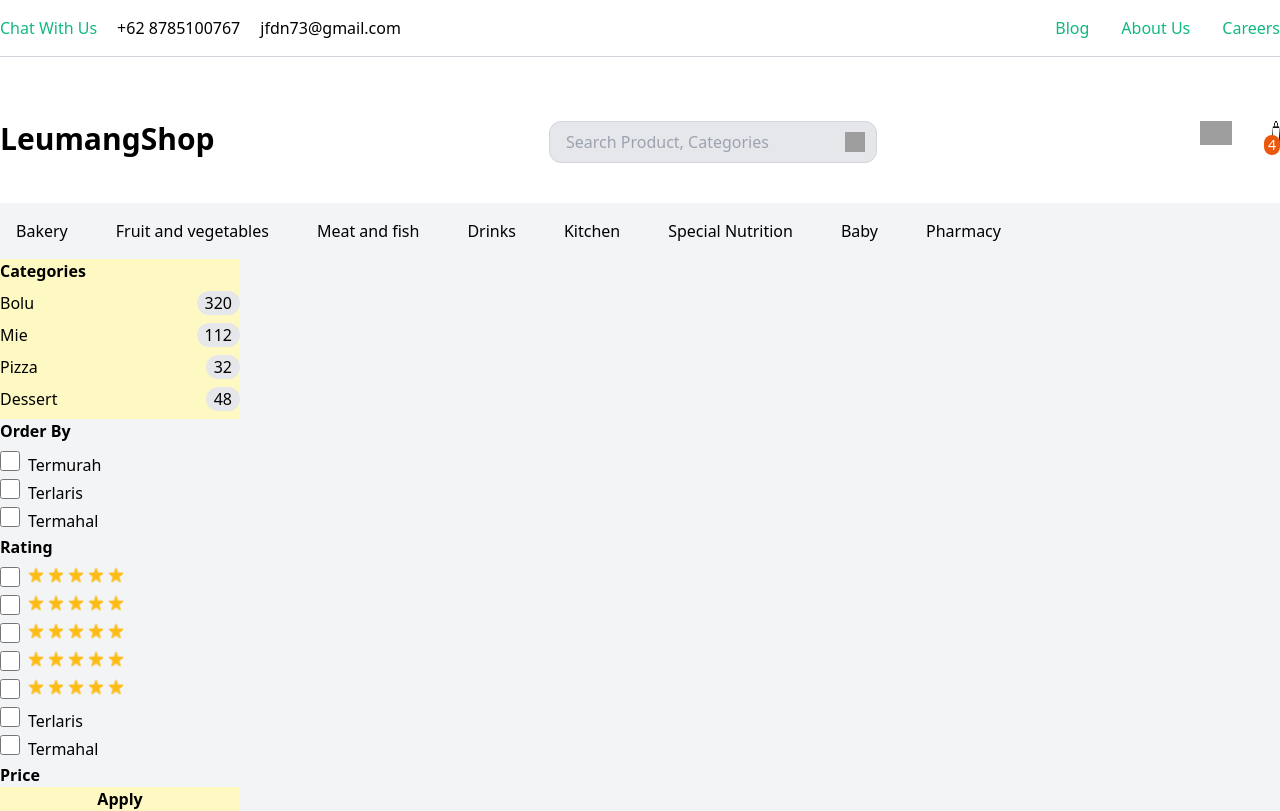
Repository: jafetdn73/ecommerce-tailwind
Page: /
An editor plug-in stored every save of this project. The page is shown before and after a run of saves, followed by the edit.
The browser window is 1280 px wide. The pictures show the whole page.
Pictures or frames that could not be fetched are drawn as grey boxes. The project was rebuilt for these pictures with package versions that can differ from the ones it lists, and the page was loaded fresh each time. Also part of the build but not shown: src/App.css.

Above is the page before, as saved 2022-03-14 01:20:20.

### src/App.js
import "./App.css";

function App() {
  return (
    <div className="bg-white container mx-auto">
      <div className="flex justify-between py-4 border-b border-gray-300">
        <div className="flex gap-5">
          <a href="http://google.com" className="text-emerald-500">
            Chat With Us
          </a>
          <a href="http://facebook.com">+62 8785100767</a>
          <a href="http://ggogl.com">jfdn73@gmail.com</a>
        </div>

        <div className="">
          <ul className="flex gap-8 text-emerald-500">
            <li>Blog</li>
            <li>About Us</li>
            <li>Careers</li>
          </ul>
        </div>
      </div>

      <div className="flex justify-between mt-16">
        <h1 className="text-3xl font-bold">LeumangShop</h1>
        <div className="flex w-full justify-center items-center">
          <input
            type="text"
            placeholder="Search Product, Categories"
            className="w-1/3 border border-gray-300 bg-gray-200 rounded-xl pl-4 py-2"
          />
          <img src="/images/search-icon.png" alt="search" className="w-5 h-5 -ml-8"/>
        </div>
        <div className="flex gap-10">
          <img src="/images/user-icon.png" alt="user" className="w-8 h-6"/>
          <div className="relative">
            <img src="/images/cart-icon.png" alt="icon" className="w-8 h-6"/>
            <label className="absolute bottom-2 -left-2 bg-orange-600 text-white py-0.25 px-1 rounded-full text-sm">4</label>
          </div>
        </div>
      </div>

      <div className="bg-gray-100 mt-10 py-4 pl-4 text-base font-medium">
        <ul className="flex gap-12">
          <li>Bakery</li>
          <li>Fruit and vegetables</li>
          <li>Meat and fish</li>
          <li>Drinks</li>
          <li>Kitchen</li>
          <li>Special Nutrition</li>
          <li>Baby</li>
          <li>Pharmacy</li>
        </ul>
        </div>

      {/* Container Wrapper */}
      <div className="bg-gray-100">
        {/* Side Bar Container */}
        <div className="flex flex-col w-60 bg-yellow-100" >
          {/* Categories Container */}
          <div className="flex flex-col">
            <h1 className="font-bold text-base mb-2">Categories</h1>
            <ul>
              <div className="flex justify-between">
                <li>Bolu</li><label className="mb-2 bg-gray-200 pl-2 pr-2 rounded-xl">320</label>
              </div>
              <div className="flex justify-between">
                <li>Mie</li><label className="mb-2 bg-gray-200 pl-2 pr-2 rounded-xl">112</label>
              </div>
              <div className="flex justify-between">
                <li>Pizza</li><label className="mb-2 bg-gray-200 pl-2 pr-2 rounded-xl">32</label>
              </div>
              <div className="flex justify-between">
                <li>Dessert</li><label className="mb-2 bg-gray-200 pl-2 pr-2 rounded-xl">48</label>
              </div>
            </ul>
          </div>
          {/* Order By Categories */}
          <div className="bg-gray-100 flex flex-col">
            <h1 className="font-bold mb-2">Order By</h1>
           <div>
             <input type="checkbox" className="accent-lime-700 w-5 h-5 mr-2 mb-2">
               </input>
               <span>Termurah</span>
          </div>
          <div>
            <input type="checkbox"  className="accent-lime-700 w-5 h-5 mr-2 mb-2"></input>
            <span>Terlaris</span>
          </div>
          <div>
            <input type="checkbox"  className="accent-lime-700 w-5 h-5 mr-2 mb-2"></input><label>Termahal</label>
          </div>
          </div>
          {/* Rating Container */}
          <div className="bg-gray-100 flex flex-col">
            <h1 className="font-bold mb-2">Rating</h1>
           <div  className="flex">
             <input type="checkbox" className="accent-lime-700 w-5 h-5 mr-2 mb-2">
               </input>
               <div className="flex w-4 h-4 gap-1">
                 <img src="images/rate-star.png"/>
                 <img src="images/rate-star.png"/>
                 <img src="images/rate-star.png"/>
                 <img src="images/rate-star.png"/>
                 <img src="images/rate-star.png"/>
                 </div>
          </div>
          <div  className="flex">
             <input type="checkbox" className="accent-lime-700 w-5 h-5 mr-2 mb-2">
               </input>
               <div className="flex w-4 h-4 gap-1">
                 <img src="images/rate-star.png"/>
                 <img src="images/rate-star.png"/>
                 <img src="images/rate-star.png"/>
                 <img src="images/rate-star.png"/>
                 <img src="images/rate-star.png"/>
                 </div>
          </div>
          <div  className="flex">
             <input type="checkbox" className="accent-lime-700 w-5 h-5 mr-2 mb-2">
               </input>
               <div className="flex w-4 h-4 gap-1">
                 <img src="images/rate-star.png"/>
                 <img src="images/rate-star.png"/>
                 <img src="images/rate-star.png"/>
                 <img src="images/rate-star.png"/>
                 <img src="images/rate-star.png"/>
                 </div>
          </div>
          <div  className="flex">
             <input type="checkbox" className="accent-lime-700 w-5 h-5 mr-2 mb-2">
               </input>
               <div className="flex w-4 h-4 gap-1">
                 <img src="images/rate-star.png"/>
                 <img src="images/rate-star.png"/>
                 <img src="images/rate-star.png"/>
                 <img src="images/rate-star.png"/>
                 <img src="images/rate-star.png"/>
                 </div>
          </div>
          <div  className="flex">
             <input type="checkbox" className="accent-lime-700 w-5 h-5 mr-2 mb-2">
               </input>
               <div className="flex w-4 h-4 gap-1">
                 <img src="images/rate-star.png"/>
                 <img src="images/rate-star.png"/>
                 <img src="images/rate-star.png"/>
                 <img src="images/rate-star.png"/>
                 <img src="images/rate-star.png"/>
                 </div>
          </div>
          <div>
            <input type="checkbox"  className="accent-lime-700 w-5 h-5 mr-2 mb-2"></input>
            <span>Terlaris</span>
          </div>
          <div>
            <input type="checkbox"  className="accent-lime-700 w-5 h-5 mr-2 mb-2"></input><label>Termahal</label>
          </div>
          </div>
          {/* Price Container */}
          <div className="bg-gray-100">
          <h1 className="font-bold">Price</h1>
          </div>
          <button className="font-bold">Apply</button>
        </div>
        <div className="bg-gray-100">
          <div className="bg-yellow-100">
          </div>
        </div>
      </div>



    </div>
  );
}

export default App;

Loaded but not shown: public/index.html (common file); src/index.js (common file); src/index.css (common file); src/reportWebVitals.js (common file); tailwind.config.js (common file)

After the next 2 saves:
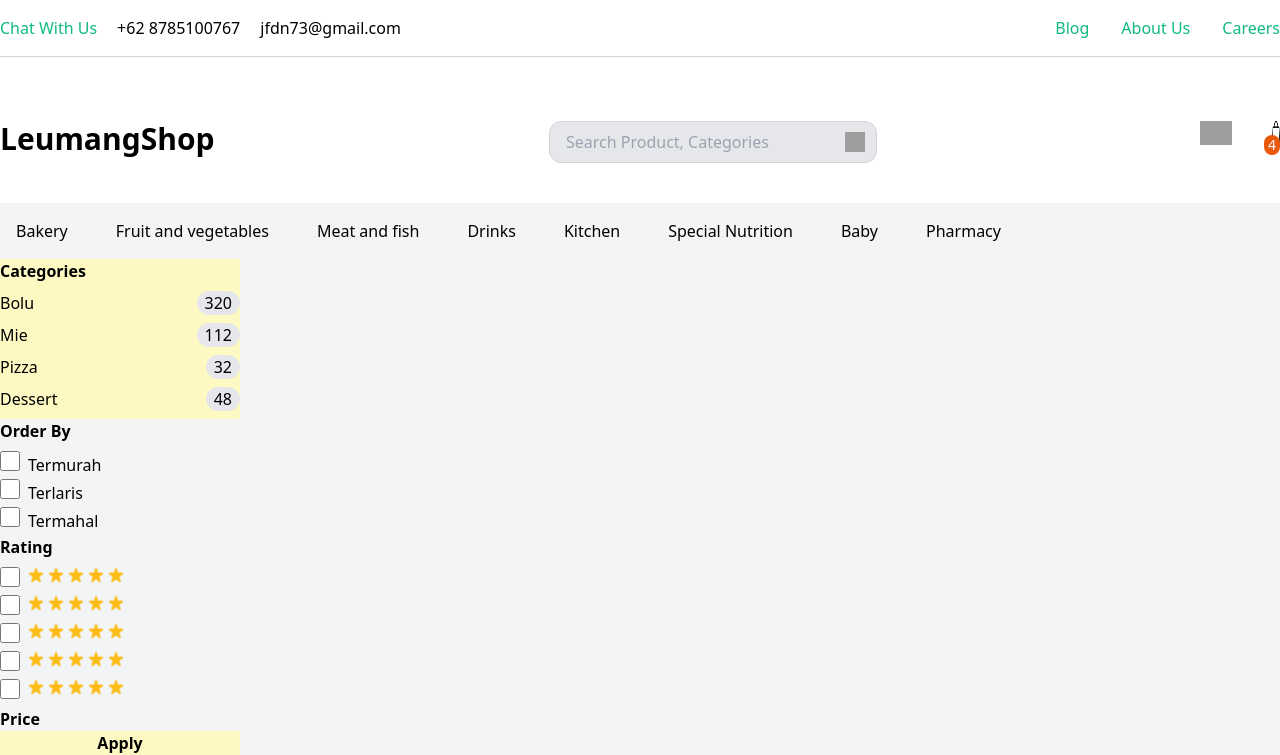
The 2 saves are shown as one change because 1 did not build or start.
The last was saved 41 s later.
--- a/src/App.js
+++ b/src/App.js
@@ -149,13 +149,7 @@ function App() {
                  <img src="images/rate-star.png"/>
                  </div>
           </div>
-          <div>
-            <input type="checkbox"  className="accent-lime-700 w-5 h-5 mr-2 mb-2"></input>
-            <span>Terlaris</span>
-          </div>
-          <div>
-            <input type="checkbox"  className="accent-lime-700 w-5 h-5 mr-2 mb-2"></input><label>Termahal</label>
-          </div>
+
           </div>
           {/* Price Container */}
           <div className="bg-gray-100">
